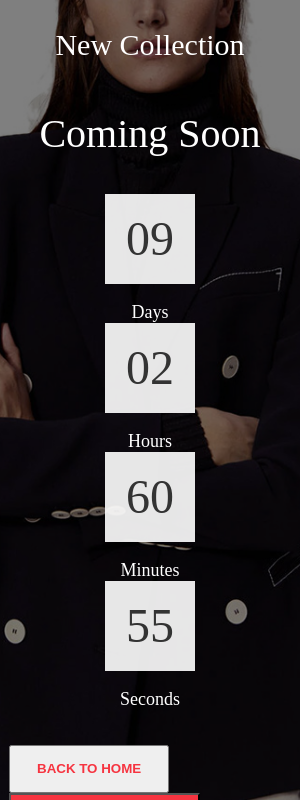
Repository: ST-United-Internship/Modaz-4life
Page: comingsoon&FAQ/coming-soon.html
These files come from the project's save history. The page is drawn as it stood at one moment and after the next save; the edit follows.
The browser window is 300 px wide. The pictures show the whole page.

Above is the page before, as saved 2023-03-22 10:29:37.

### comingsoon&FAQ/coming-soon.html


<!DOCTYPE html>
<html lang="en">
<head>
    <meta charset="UTF-8">
    <meta http-equiv="X-UA-Compatible" content="IE=edge">
    <meta name="viewport" content="width=device-width, initial-scale=1.0">
    <link rel="stylesheet" type="text/css" href="css/comming-soon.css">
    <!-- <link href="https://cdn.jsdelivr.net/npm/bootstrap@5.3.0-alpha1/dist/css/bootstrap.min.css" rel="stylesheet" integrity="sha384-GLhlTQ8iRABdZLl6O3oVMWSktQOp6b7In1Zl3/Jr59b6EGGoI1aFkw7cmDA6j6gD" crossorigin="anonymous"> -->
    <title>Document</title>
</head>
<body>
    <section class="my-container">
        <img src="Assets/Images/bg-parallax2.jpg" alt="">
        <header>New Collection</header>
        <p>Coming Soon</p>
        <div class="time-titles">
            <div class="time days">
                <span class="number"></span>
                <span class="title-text">Days</span>
            </div>
            <div class="time hours">
                <span class="number"></span>
                <span class="title-text">Hours</span>
            </div>
            <div class="time minutes">
                <span class="number">09</span>
                <span class="title-text">Minutes</span>
            </div>
            <div class="time seconds">
                <span class="number">09</span>
                <span class="title-text">Seconds</span>
            </div>
        </div>
        <div class="flat-button">
            <button type="button" class="bg-white">BACK TO HOME</button>
            <button type="button" class="bg-black">CONTINUE SHOPING</button>
            </div>
       </section>
    </section>

    <script src="./javaScript/ScriptTime.js"></script>
    <!-- <script src="https://cdn.jsdelivr.net/npm/@popperjs/core@2.11.6/dist/umd/popper.min.js" integrity="sha384-oBqDVmMz9ATKxIep9tiCxS/Z9fNfEXiDAYTujMAeBAsjFuCZSmKbSSUnQlmh/jp3" crossorigin="anonymous"></script>
    <script src="https://cdn.jsdelivr.net/npm/bootstrap@5.3.0-alpha1/dist/js/bootstrap.min.js" integrity="sha384-mQ93GR66B00ZXjt0YO5KlohRA5SY2XofN4zfuZxLkoj1gXtW8ANNCe9d5Y3eG5eD" crossorigin="anonymous"></script> -->
</body>
</html>

### comingsoon&FAQ/css/comming-soon.css
*{
    margin: 0;
    padding: 0;
    box-sizing: border-box;

}
.my-container{
    height: 100vh;
    row-gap: 15px;
    width: 100%;
    display: flex;
    justify-content: center;
    flex-direction: column;
    overflow: hidden;
    align-items: center;
    background-color: rgb(0, 0, 0,.5);
}

.my-container img{
    position: absolute;
    height: 100%;
    width: 100%;
    object-fit: cover;
    z-index: -1;
}

.my-container header{
    line-height: 58px;
    color: #fff;
    font-size: 24px;
}

.my-container p{
    color: #fff;
    font-size: 78px;
    line-height: 90px;
    font-weight: 500;
}

.my-container .time-titles{
    display: flex;
    column-gap: 30px;
}

.time-titles .time{
    display: flex;
    align-items: center;
    flex-direction: column;
}

.time .number{
    font-size: 48px;
    font-weight: 500;
    line-height: 90px;
    color: #333;
    width: 90px;
    height: 90px;
    background: rgba(255,255,255,.9);
    text-align: center;
    margin: 0 35px 18px;
    text-transform: capitalize;
}

.time .title-text{
    color: #fff;
}

.time .title-text{
    font-size: 18px;
    text-transform: capitalize;
}

.flat-button{
    /* position: relative;
    max-width: 360px;
    width: 100%; */
    height: 40px;
    margin-top: 20px;

}

.flat-button .bg-white{
    padding: 7px 26px;
    font-weight: 700;
    line-height: 30px;
    text-transform: uppercase;
    margin: 0 9px;
    color: #f63440;
}
.flat-button .bg-black{
    padding: 7px 26px;
    font-weight: 700;
    line-height: 30px;
    text-transform: uppercase;
    margin: 0 9px;
    color: #fff;
    background-color: #f63440;
}


@media only screen and (max-width: 300px){
     .my-container header{
        font-size: 30px;
    }
    .time .number{
        font-size: 48px;

    }

}

@media only screen and (max-width: 500px) {
    .my-container p{
        font-size: 40px;
    }

}

@media only screen and (max-width: 665px) {
    .my-container .time-titles{
        display: inline-block;
    }
}

### comingsoon&FAQ/javaScript/ScriptTime.js
const seconds = document.querySelector(".seconds .number");
const minutes = document.querySelector(".minutes .number");
const hours = document.querySelector(".hours .number");
const days = document.querySelector(".days .number");


let secvalues = 60,
    minvalues = 60,
    houvalues = 2,
    dayvalues = 9;

const timeFunc = setInterval(()=>{
    secvalues--;
    if (secvalues === 0) {
        minvalues--
        secvalues = 60;
    }
    if (minvalues === 0) {
        houvalues--
        minvalues = 60;
    }
    if (houvalues === 0) {
        dayvalues--
        houvalues = 60;
    }
    if (dayvalues === 0) {
        clearInterval(timeFunc)
    }
    seconds.textContent = secvalues < 10 ? `0${secvalues}` : secvalues;
    minutes.textContent = minvalues < 10 ? `0${minvalues}` : minvalues;
    hours.textContent = houvalues < 10 ? `0${houvalues}` : houvalues;
    days.textContent = dayvalues < 10 ? `0${dayvalues}` : dayvalues;
    minvalues.textContent = minvalues;
},1000)

After the next save:
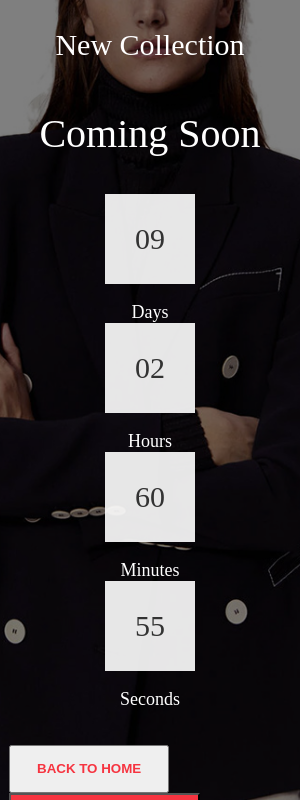
Saved 20 s later.
--- a/comingsoon&FAQ/css/comming-soon.css
+++ b/comingsoon&FAQ/css/comming-soon.css
@@ -103,7 +103,7 @@
         font-size: 30px;
     }
     .time .number{
-        font-size: 48px;
+        font-size: 30px;
 
     }
 
